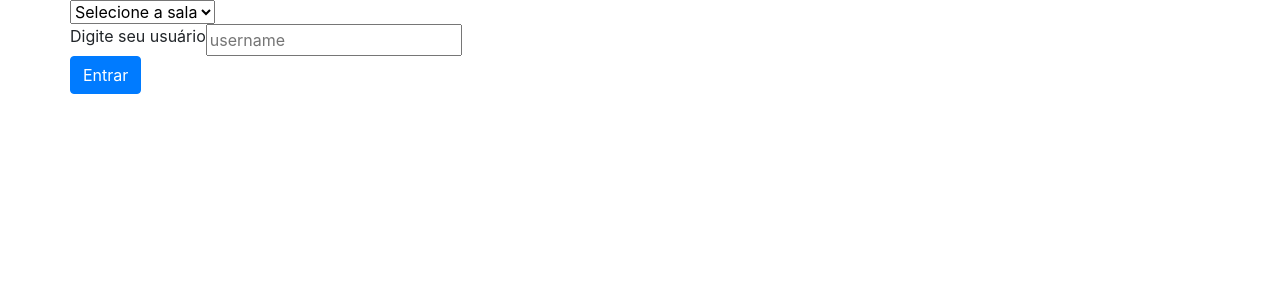
Repository: andre06x/chat-scoketio
Page: / (app in front/)
These files come from the project's save history. The page is drawn as it stood at one moment and after the next save; the edit follows.
The browser window is 1280 px wide. The pictures show the whole page.
The page's requests for data from a server got no answer. The project was rebuilt for these pictures with package versions that can differ from the ones it lists, and the page was loaded fresh each time. No one was signed in, and anything a server would have sent is missing. Also part of the build but not shown: front/vite.config.js, front/src/chat.js.

Above is the page before, as saved 2022-05-16 10:59:09.

### front/index.html
<!DOCTYPE html>
<html lang="en">
  <head>
    <meta charset="UTF-8" />
    <link rel="icon" type="image/svg+xml" href="/src/favicon.svg" />
    <meta name="viewport" content="width=device-width, initial-scale=1.0" />
    <link rel="stylesheet" href="https://cdn.jsdelivr.net/npm/bootstrap@4.6.1/dist/css/bootstrap.min.css" integrity="sha384-zCbKRCUGaJDkqS1kPbPd7TveP5iyJE0EjAuZQTgFLD2ylzuqKfdKlfG/eSrtxUkn" crossorigin="anonymous">

    <title>Vite App</title>
  </head>
  <body>
    <div id="root"></div>
    <script type="module" src="/src/main.jsx"></script>
  </body>
</html>

### front/src/App.jsx
import { useEffect, useState } from 'react'
import logo from './logo.svg'
import './App.css'
import { Rotas } from "./routes"


function App() {
  return (
    <Rotas/>
  )
}

export default App

### front/src/routes.js
import {
  BrowserRouter,
  Routes,
  Route,
} from "react-router-dom";
import React from 'react';

import { Home } from './index';
import { Chat } from './chat';

const Rotas = () => {
  return (
    <BrowserRouter>
      <Routes>
        <Route path="/" element={<Home />} />
        <Route path="chat/:sala/:user" element={<Chat />} />
      </Routes>
    </BrowserRouter>
  )
}
export { Rotas }

### front/src/index.jsx
import React, { useEffect } from 'react';
import socketIOClient from "socket.io-client";
const ENDPOINT = "http://127.0.0.1:5000";;
import axios from 'axios';
const Home = () => {

  useEffect(() => {
    const socket = socketIOClient(ENDPOINT);
    socket.on("teste", data => {
      console.log(data)
    });

    const get = async  () => {
      const { data } = await axios.get("http://localhost:5000/teste");
      console.log(data)
    }

    get();
  }, []);

  return (
    <div class="container mx-auto">
      <div class="row">
        <select name="select_room" id="select_room">
          <option value="-1">Selecione a sala</option>
          <option value="node">Node</option>
          <option value="java">Java</option>
          <option value="reactjs">ReactJS</option>
          <option value="elixir">Elixir</option>
        </select>
      </div>

      <div class="row">
        <label class="form-label">Digite seu usuário</label>
        <input type="text" name="username" placeholder="username"/>
      </div>

      <div class="row">
        <button type="submit" class="btn btn-primary mb-3">Entrar</button>
      </div>

    </div>
  )
}

export { Home }

Loaded but not shown: front/src/main.jsx (common file); front/src/index.css (common file); front/src/App.css (common file)

After the next save:
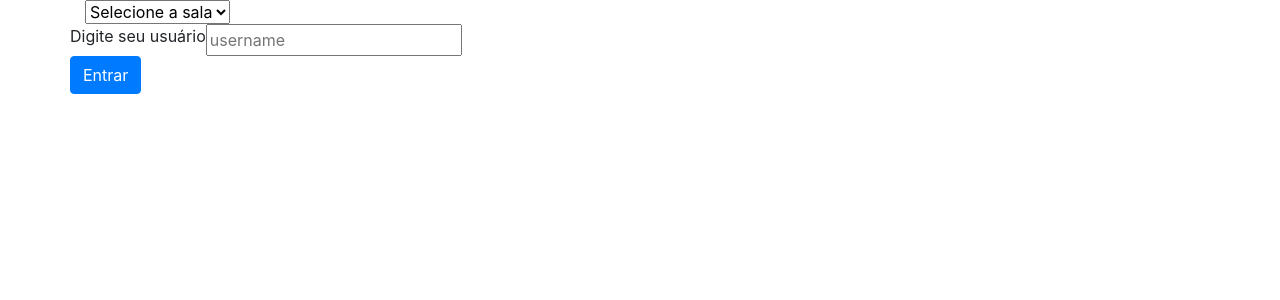
Saved 6 s later.
--- a/front/src/index.jsx
+++ b/front/src/index.jsx
@@ -19,8 +19,8 @@ const Home = () => {
   }, []);
 
   return (
-    <div class="container mx-auto">
-      <div class="row">
+    <div class="container">
+      <div class="row  mx-auto">
         <select name="select_room" id="select_room">
           <option value="-1">Selecione a sala</option>
           <option value="node">Node</option>
